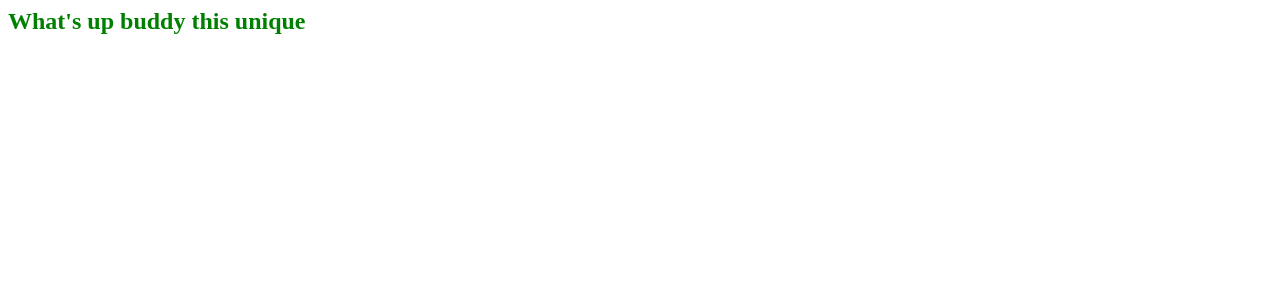
Repository: uniq47/Java-beginner-to-advance-java-such-as-collection-frameworks-and-also-Hibernate-Multiple-projects-
Page: http://localhost/Employee_App_Web/
These files come from the project's save history. The page is drawn as it stood at one moment and after the next save; the edit follows.
The browser window is 1280 px wide. The pictures show the whole page.
The page is served by Tomcat 9.

Above is the page before, as saved 2022-09-06 06:52:46.

After the next save:
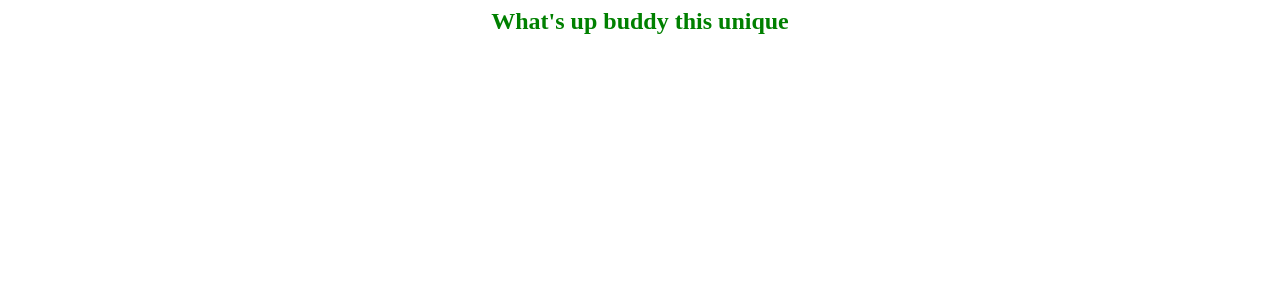
Saved 42 s later.
--- a/Employee_App_Web/src/main/webapp/index.jsp
+++ b/Employee_App_Web/src/main/webapp/index.jsp
@@ -1,5 +1,5 @@
 <html>
 <body>
-<h2 style ="color: green;  align-content: center;">What's up buddy this unique </h2>
+<h2 style ="color: green;  text-align: center;">What's up buddy this unique </h2>
 </body>
 </html>
